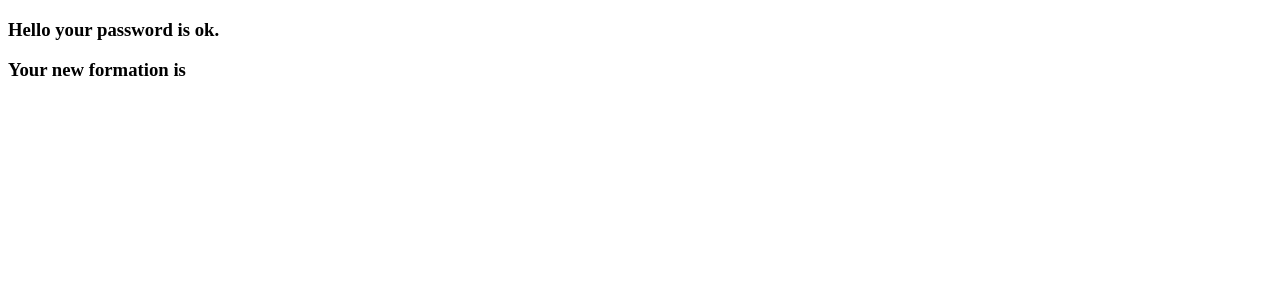
Repository: omarfall2104/mescours
Page: http://localhost/fall-web-validation1/formation.do
An editor plug-in stored every save of this project. The page is shown before and after the next save, followed by the edit.
The browser window is 1280 px wide. The pictures show the whole page.
The page is served by Tomcat 9. Other server files are loaded and not shown.

Above is the page before, as saved 2021-08-26 11:22:29.

### fall-web-validation1/src/main/webapp/WEB-INF/views/home.jsp
<%@ taglib uri="http://java.sun.com/jsp/jstl/core" prefix="c" %>
<%@  page language="java" contentType="text/html; charset=ISO-8859-1"
    pageEncoding="ISO-8859-1" %>
<!DOCTYPE html>
<html>
<head>
<meta charset="ISO-8859-1">
<title>Insert title here</title>
</head>
<body>
<font></font>
<h3>Hello ${name} your password is ${pass} ok.</h3>
<h3>Your new formation is ${formats}</h3>

</body>
</html>

### fall-web-validation1/src/main/java/com/saraya/login/FormationServlet.java
package com.saraya.login;
import java.io.IOException;

import javax.servlet.ServletException;
import javax.servlet.annotation.WebServlet;
import javax.servlet.http.HttpServlet;
import javax.servlet.http.HttpServletRequest;
import javax.servlet.http.HttpServletResponse;
import javax.servlet.http.HttpSession;

import com.saraya.model.Formation;
import com.saraya.service.FormationService;

@WebServlet(urlPatterns = "/formation.do")
public class FormationServlet extends HttpServlet {
	FormationService fm = new FormationService();

	@Override
	protected void doGet(HttpServletRequest request, HttpServletResponse response)
			throws IOException, ServletException {
		String nom = request.getParameter("nom");
		request.setAttribute("name", request.getParameter("nom"));
		request.setAttribute("training", fm.getAllFormation());
		request.getRequestDispatcher("/WEB-INF/views/home.jsp").forward(request, response);
	}
	protected void doPost(HttpServletRequest request, HttpServletResponse response)
			throws IOException, ServletException {
		FormationService fm = new FormationService();
		String training = request.getParameter("add");
		fm.addFormation(new Formation(training));
		response.sendRedirect("formation.do");




	}
	}

### fall-web-validation1/src/main/java/com/saraya/model/Formation.java
package com.saraya.model;
public class Formation {
	private String name;

	public Formation(String name) {
		this.name = name;
	}
	public String getName() {
	return name;
	}
	public void setName(String name) {
		this.name = name;
	}
	public String toString() {

		return String.format("Fomation [name=%s]", name);

	}
	public void addFormation() {
		// TODO Auto-generated method stub

	}


}

After the next save:
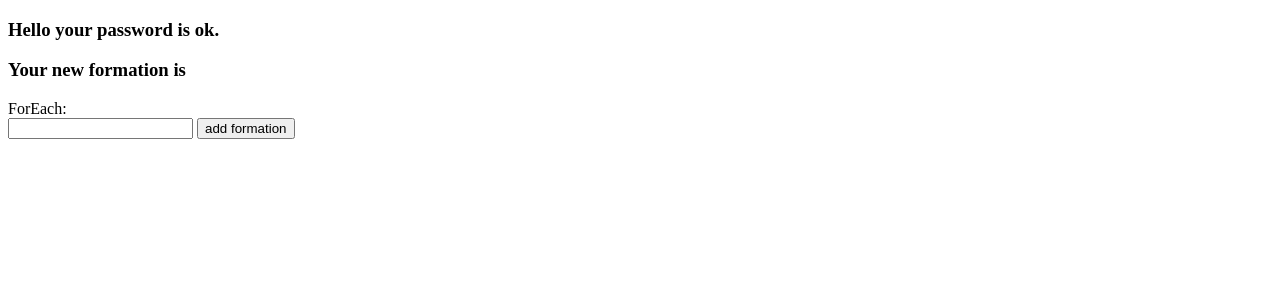
Saved 54 s later.
--- a/fall-web-validation1/src/main/webapp/WEB-INF/views/home.jsp
+++ b/fall-web-validation1/src/main/webapp/WEB-INF/views/home.jsp
@@ -8,9 +8,19 @@
 <title>Insert title here</title>
 </head>
 <body>
+
 <font></font>
 <h3>Hello ${name} your password is ${pass} ok.</h3>
 <h3>Your new formation is ${formats}</h3>
+ForEach:
+<c:forEach items="${formats }" var="format">
+<li>${format.name }</li>
+</c:forEach>
+</ol>
+<form action="formation.do" method="post">
+<input type="text" name="add">
+<input type="submit" value="add formation">
+</form>
 
 </body>
 </html>
